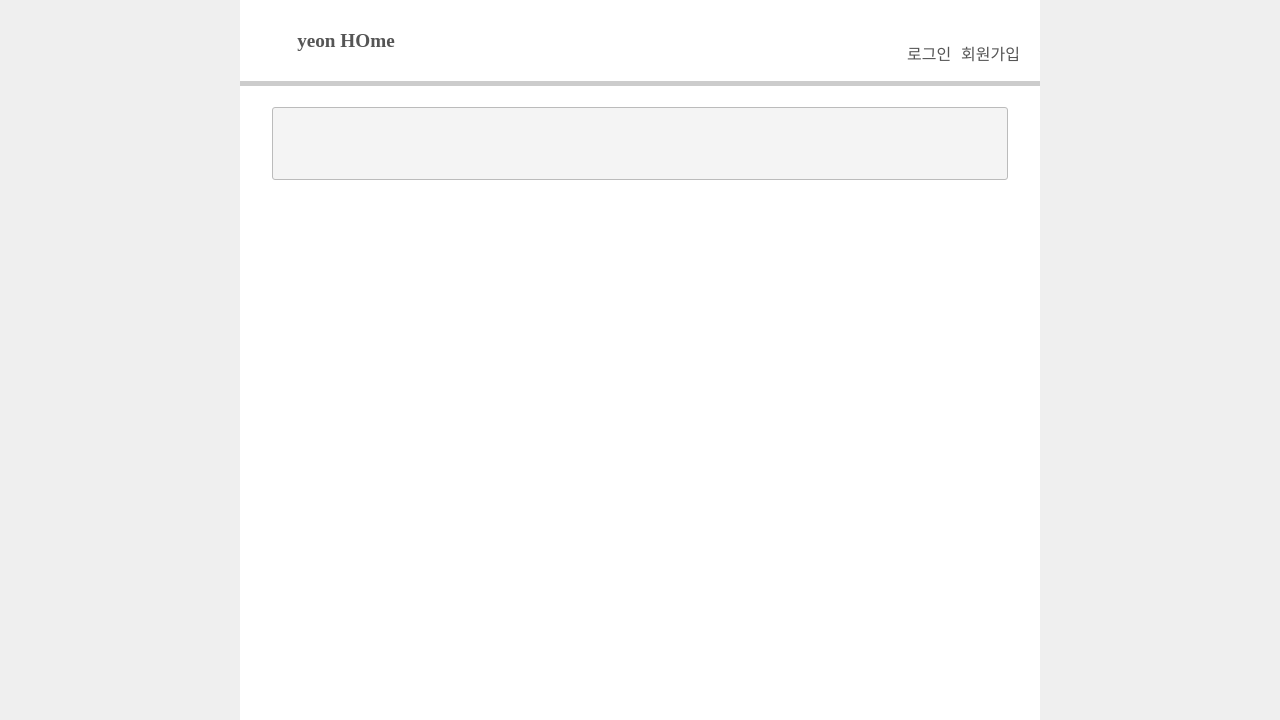
Repository: yeonhwa323/webPro
Page: webPro/src/main/webapp/javascript/days05/ex04.html
An editor plug-in stored every save of this project. The page is shown before and after the next save, followed by the edit.
The browser window is 1280 px wide. The pictures show the whole page.
Some web fonts or font styles are not loaded; a fallback is used.

Above is the page before, as saved 2024-04-11 05:18:35.

After the next save:
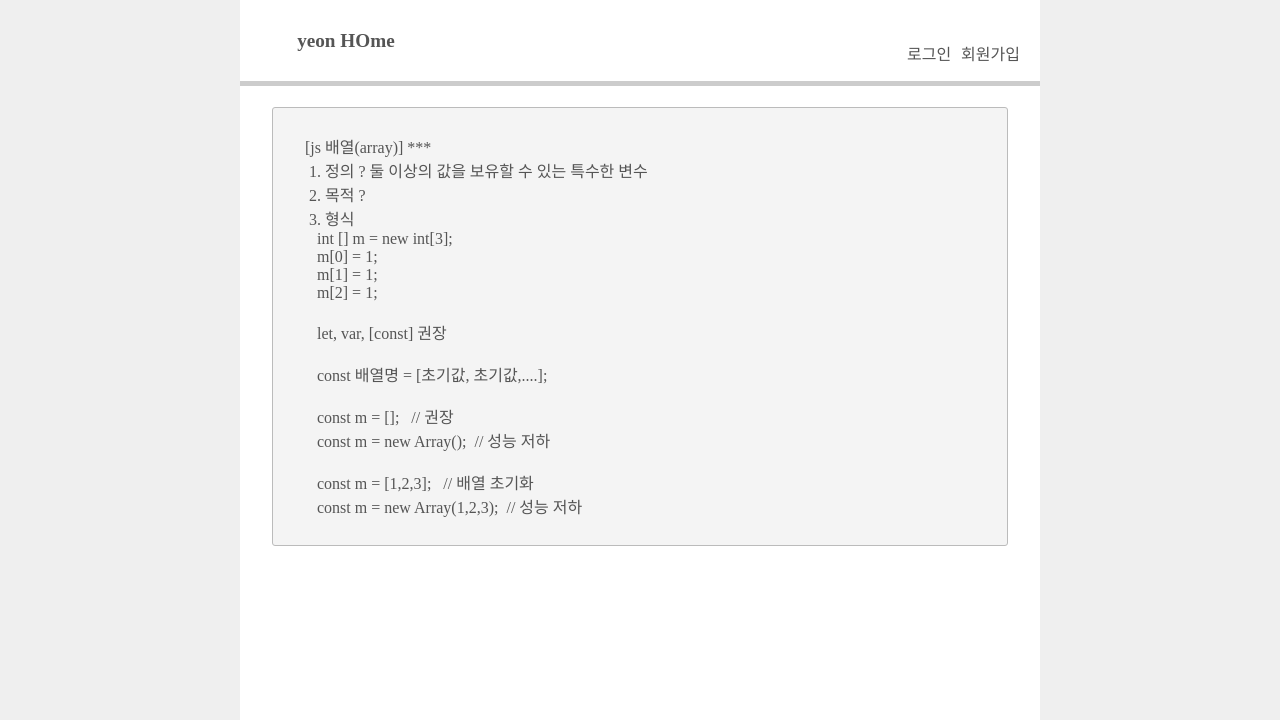
Saved 4 min 14 s later.
--- a/webPro/src/main/webapp/javascript/days05/ex04.html
+++ b/webPro/src/main/webapp/javascript/days05/ex04.html
@@ -24,8 +24,27 @@
 </header>
 <div>
   <xmp class="code">
+    [js 배열(array)] ***
+     1. 정의 ? 둘 이상의 값을 보유할 수 있는 특수한 변수
+     2. 목적 ?
+     3. 형식
+       int [] m = new int[3];
+       m[0] = 1;
+       m[1] = 1;
+       m[2] = 1;
 
+       let, var, [const] 권장
+
+       const 배열명 = [초기값, 초기값,....];
+
+       const m = [];   // 권장
+       const m = new Array();  // 성능 저하
+
+       const m = [1,2,3];   // 배열 초기화
+       const m = new Array(1,2,3);  // 성능 저하
   </xmp>
 </div>
+
+
 </body>
 </html>
